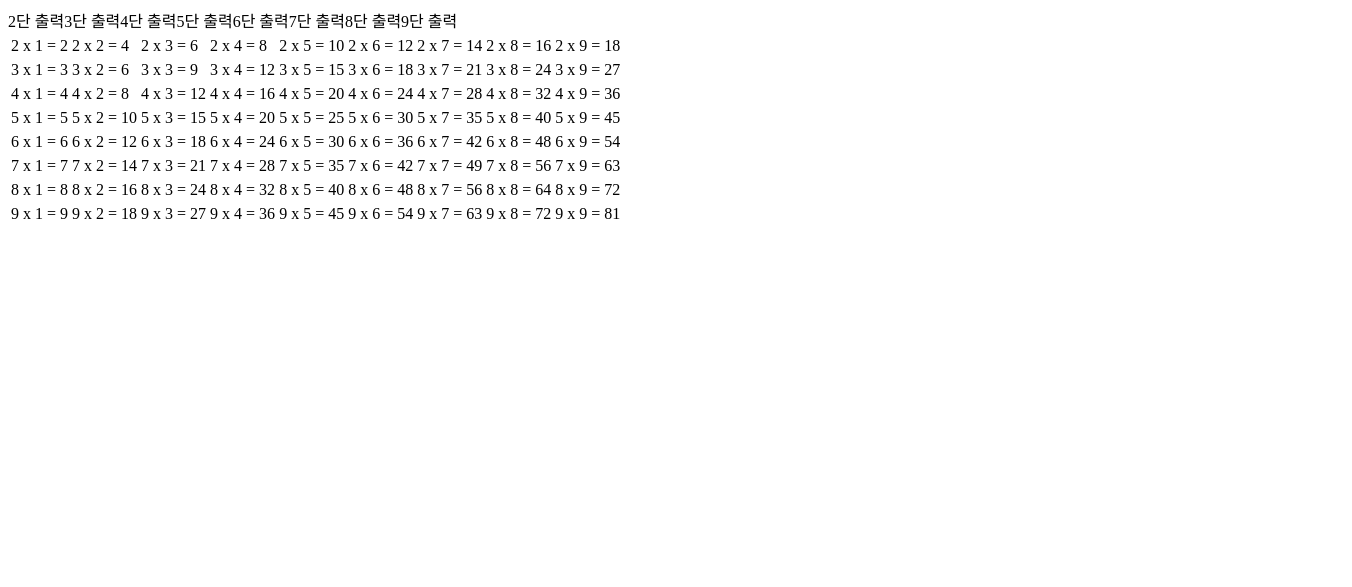
Repository: carnelli95/workspace_JSP
Page: http://localhost/MustHaveJSP/JSPMission/Gugudan1.jsp
An editor plug-in stored every save of this project. The page is shown before and after the next save, followed by the edit.
The browser window is 1280 px wide. The page is 1280 px wide, then 1352 px, so the pictures cover 1352 px, including what lies to the right of the window. The pictures show the whole page.
The page is served by Tomcat 9. Other server files are loaded and not shown.

Above is the page before, as saved 2025-09-22 08:37:59.

### MustHaveJSP/src/main/webapp/JSPMission/Gugudan1.jsp
<%@ page language="java" contentType="text/html; charset=UTF-8"
    pageEncoding="UTF-8"%>
<%! int dan;
	int num;
%>
<!DOCTYPE html>
<html>
<head>
<meta charset="UTF-8">
<title>Insert title here</title>
</head>
<body>

<%-- <table>
<%
	for(int i = 2; i <= 9; i++) {

		out.println("<tr>" + i + "단 출력</tr><br><br>");
		for(int j = 1; j <= 9; j++) {
			out.print("<tr>" + i + " x " + j  + " = " + i * j + "</tr><br>");
		}
		out.print("<br>");
	}
%>
</table>	 --%>


<table>
<%
	for(int i = 2; i <= 9; i++) {
		out.println("<tr>" + i + "단 출력</tr>");
		for(int j = 1; j <= 9; j++) {
			out.print("<td>" + i + " x " + j  + " = " + i * j + "</td>" + "\t");
		}
	}
%>
</table>
</body>
</html>

After the next save:
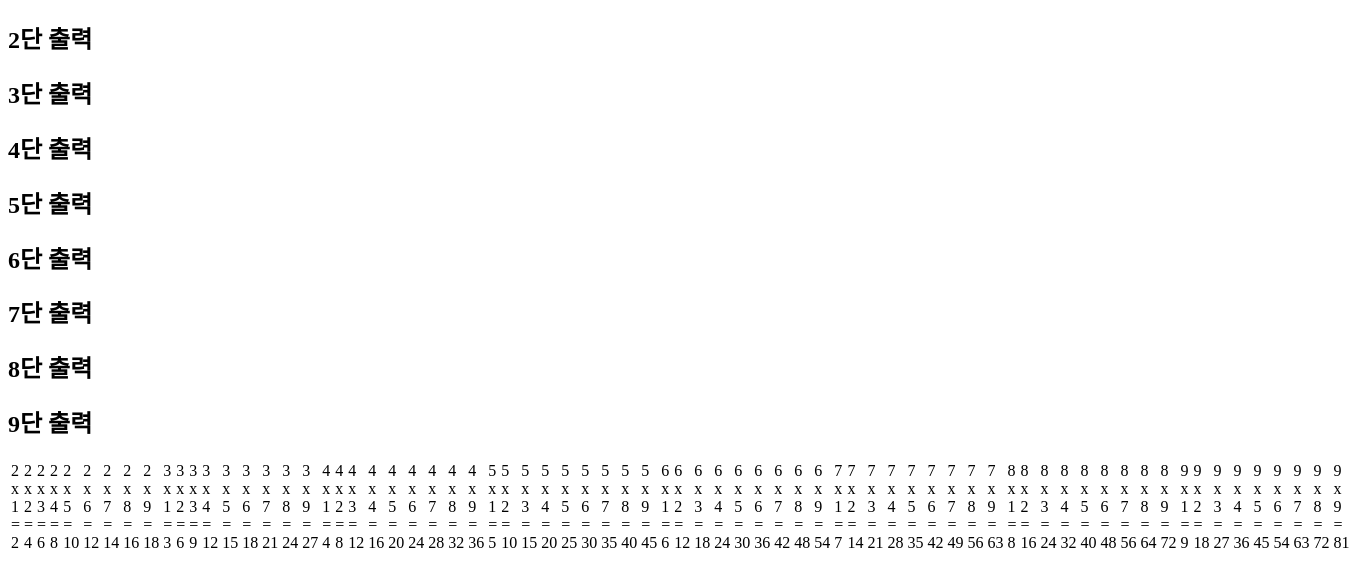
Saved 3 min 55 s later.
--- a/MustHaveJSP/src/main/webapp/JSPMission/Gugudan1.jsp
+++ b/MustHaveJSP/src/main/webapp/JSPMission/Gugudan1.jsp
@@ -28,7 +28,7 @@
 <table>
 <%
 	for(int i = 2; i <= 9; i++) {
-		out.println("<tr>" + i + "단 출력</tr>");
+		out.println("<h2>" + i + "단 출력</h2>");
 		for(int j = 1; j <= 9; j++) {
 			out.print("<td>" + i + " x " + j  + " = " + i * j + "</td>" + "\t");
 		}
